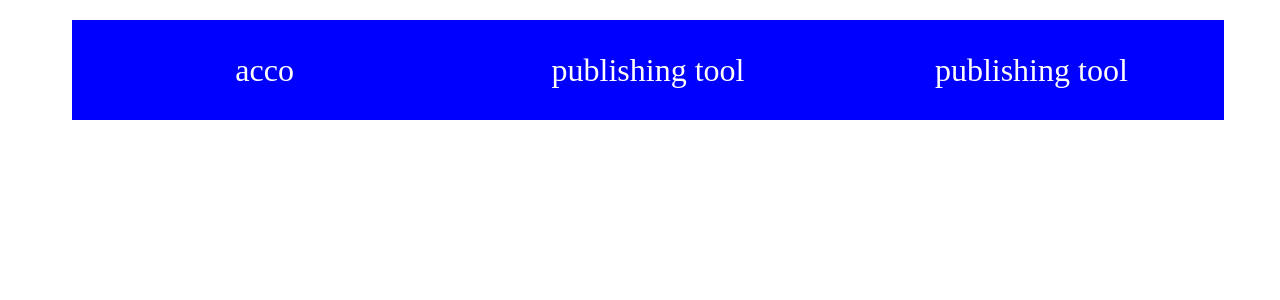
Repository: wimkinnet/Acco_Publish
Page: index.html
The author's editor kept a record of every edit. The page is drawn from the files as they stood at one moment, then again after the next edit.
The browser window is 1280 px wide. The pictures show the whole page.

Above is the page before.

After the next edit:
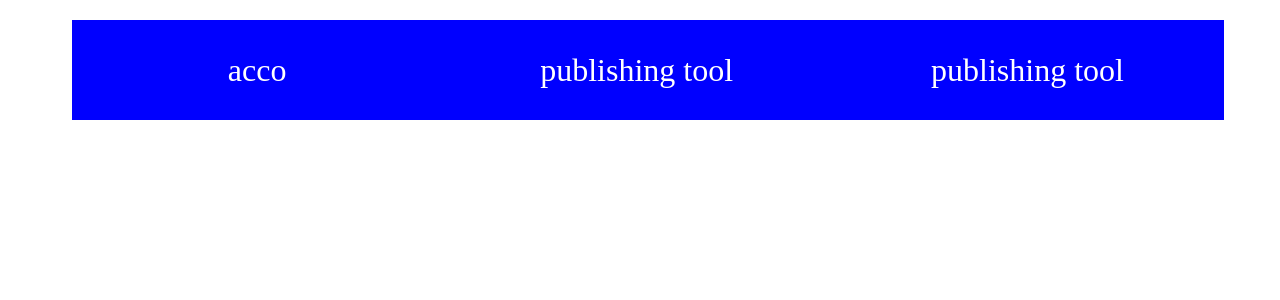
The edit:
--- a/index.html
+++ b/index.html
@@ -19,7 +19,7 @@
         height: 100%;
         color: white;
         font-size: 2rem;
-        width: 25%;
+        width: 10%;
         text-align: center;
         vertical-align: middle;
       }
